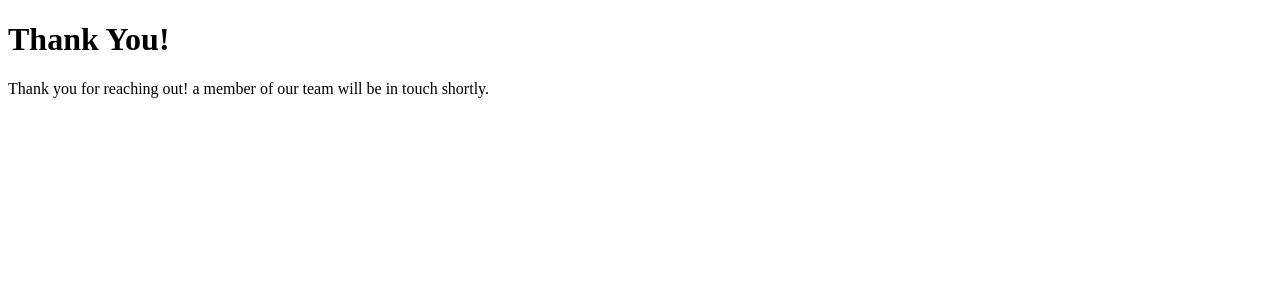
Repository: LaDawson/Push-Gym
Page: Submitform.html
The author's editor kept a record of every edit. The page is drawn from the files as they stood at one moment, then again after the next edit.
The browser window is 1280 px wide. The pictures show the whole page.
Some web fonts or font styles are not loaded; a fallback is used. Some web libraries are served in a nearby version.

Above is the page before.

### Submitform.html
<!DOCTYPE html>
<html lang="en">
<head>
    <meta charset="UTF-8">
    <meta name="viewport" content="width=device-width, initial-scale=1.0">
    <meta http-equiv="X-UA-Compatible" content="ie=edge">
    <title>Thanks For Your Feedback!</title>
</head>
<body>
    <div class="textbox">
        <h1 class="tbheader">Thank You!</h1>
        <p class="tbp">Thank you for reaching out! a member of our team will be in touch shortly.</p>
    </div>
</body>
</html>

### style.css
@import url('https://fonts.googleapis.com/css?family=Anton|Patua+One|Varela+Round&display=swap');


/* ------------------------NAV BAR-------------------------- */

.navDefault {
    top: 0;
    right: 0;
    position: fixed;
    background-color: transparent;
    z-index: 1;
    padding: 15px;
}

.price-container {
    border: 2px solid white;
}

.price {
    left: 0;
    position: absolute;
    z-index: 1;
    font-size: 4vw;
    margin: 2% 2%;
    font-family: "Anton", sans-serif;
    letter-spacing: 1px;
    color: white;
    background-color: rgba(0, 0, 0, 0.8);
}

.dropdownItem {
    padding-left: 2px;
    margin: 0;
}

button {
    border: none;
    background-color: transparent;
    width: 100px;
    height: 50px;
    color: #fff;
    text-transform: uppercase;
    transition: color .2s ease-in-out;
}

.dropdownMenu {
    list-style: none;
    margin: 0;
    position: absolute;
    padding: 0;
    top: 50px;
    width: 100px;
    z-index: -1;
    text-align: center;
    transition: background-color .2s ease-in-out, transform .2s ease-in-out, border .2s ease-in-out;
    transform: translateX(150%);
}

.dropdownLink {
    text-decoration: none;
    display: block;
    background-color: transparent;
    padding: 2px 2px;
    color: white;
    transition: color .2s ease-in-out;
    font-family: "Patua One", sans-serif;
    font-size: 15px;
    letter-spacing: 2px
}

.dropdown:hover .dropdownLink {
    text-decoration: none;
}


.dropdown:hover .dropdownMenu {
    transform: translateX(0);
    background-color: black;
    border: 2px solid orange;
}

.dropdown {
    width: 100px;
    position: relative;
}

.dropdown:hover button {
    color: orange;
}

.dropdownLink:hover {
    color: #4a4a4f;
}



/* ------------------------------Jumbotron--------------------------- */

.callout-container {
    height: 100vh;

    background: url("https://cdn.pixabay.com/photo/2017/01/09/11/30/dumbbell-1966247_1280.jpg") no-repeat bottom right fixed;
    background-size: cover;

    display: flex;
    align-items: center;
    justify-content: center;

    position: relative;

}

.jumbotron {
    background-color: transparent;
}

.jumbotron-header {
    color: white;
    font-weight: bold;
    margin-bottom: 10px;
    text-transform: uppercase;
    font-size: 100px;

}

.opaque-overlay {
    position: absolute;
    top: 0;
    left: 0;
    height: 100%;
    width: 100%;
    background-color: rgba(0, 0, 0, 0.7);
}

.divider-orange {
    background-color: orange;
    height: 1px;
    width: 200px;
}

.statement {
    color: #4a4a4f;
    text-transform: uppercase;
    margin-top: 10px;
}

.sign-up-button {
    background-color: orange;
    border: none;
    height: 45px;
    width: 100px;
    border-radius: 5%;
    margin-top: 10px;
    z-index: 1;
    color: black;
    font-family: "Patua One", sans-serif;
    letter-spacing: 1px;
}


/* -------------------------------------CARDS PAGE 2-------------------------------- */

.card {
    width: 39.5%;
    margin-left: 7%;
    margin-top: 5%;
    border: none;
    background-color: #4a4a4f;
    display: inline-block;
    position: relative;
    margin-bottom: 10%;
}

@media (max-width: 1000px) {
    .card {
        width: 80%;
        float: none;
        margin-left: 10%;
    }
}



.cardtext {
    text-align: center;
    text-decoration: none;
    padding: 20% 3%;
    font-size: 2vw;
    font-family: "Anton", sans-serif;
    color: transparent;
    position: absolute;
}

@media (max-width: 1000px) {
    .cardtext {
        font-size: 4vw;
    }
}

.cardimagetitle {
    text-align: center;
    text-decoration: none;
    position: absolute;
    padding-top: 5%;
    right: 5%;
    font-size: 4vw;
    font-family: "Anton", sans-serif;
    color: #4a4a4f;
}

.cardimage {
    width: 100%;
    border: 3px solid orange;
    box-shadow: 10px 13px;
    background-color: #4a4a4f;
}

.cardimage2 {
    width: 100%;
    border: 3px solid orange;
    box-shadow: 10px 13px;
    background-color: #4a4a4f;
}

.page2 {
    background-color: #4a4a4f;
    display: block;
}

.listitemlink2 {
    padding: 0;
    font-family: "Patua One", sans-serif;
    letter-spacing: 2px;
    font-size: 30px;
    color: black;
    text-decoration: none;
    display: inline;
    transition: color .2s ease-in-out, font-size .2s ease-in-out;
}

.listitemlink2:hover {
    text-decoration: none;
    color: orange;
}

.pagedivider {
    background-color: black;
    height: 1%;
    width: 100%;
    margin: 0;
    padding: 0;
}

.divider-page {
    margin: 0;
    padding: 0;
    height: 10px;
    width: 100%;
    background-color: black;
}

.page2title {
    color: white;
    font-weight: bold;
    padding-top: 20px;
    text-transform: uppercase;
    font-size: 100px;
    text-align: center;

}

.divider-black {
    background-color: black;
    height: 1px;
    width: 150px;
}


.card:hover .opaque-overlay2 {
    z-index: 1;
}

.card:hover .cardimagetitle {
    color: transparent;
}

.card:hover .cardtext {
    color: orange;
    z-index: 2;
}


.opaque-overlay2 {
    position: absolute;
    top: 0;
    left: 0;
    height: 100%;
    width: 100%;
    background-color: rgba(0, 0, 0, 0.8);
    z-index: -1;
}

.opaque-overlay3 {
    position: absolute;
    top: 0;
    left: 0;
    height: 100%;
    width: 100%;
    background-color: rgba(0, 0, 0, 0.8);
    z-index: -1;
}

.card:hover .opaque-overlay3 {
    z-index: 1;
}

.card:hover .cardimagetitle {
    color: transparent;
}

.card:hover .cardtext {
    color: orange;
    z-index: 2;
}

.PT {
    margin: 30px auto;
    margin-bottom: 100px;
    width: 40%;
    text-align: center;
    padding: 0;
    bottom: 10px;
    text-transform: uppercase;
    font-family: "Anton", sans-serif;
    letter-spacing: 1px;
    border: 4px solid black;
    background-color: rgb(255, 165, 0);
    box-shadow: 7px 10px;
}

.PTtext {
    font-size: 4vw;
    color: black;
    margin: 0;
    padding: 0;
}





/* PAGE 3 */

.page3 {
    background: url("https://cdn.pixabay.com/photo/2016/11/19/12/43/barbell-1839087_1280.jpg") no-repeat bottom right fixed;
    background-size: cover;
    display: block;
    width: 100%;
    position: relative;
    padding: 0;
    margin: 0;
}

.pagedivider3 {
    background-color: orange;
    height: 1%;
    width: 100%;
    margin: 0;
    padding: 0;
}

.divider-page3 {
    margin: 0;
    padding: 0;
    height: 10px;
    width: 100%;
    background-color: black;
}



.page3title {
    color: white;
    padding-top: 20px;
    text-transform: uppercase;
    font-size: 48px;
    text-align: center;
    letter-spacing: 1px;
}

.quotesdivider {
    background-color: orange;
    height: 1px;
    width: 150px;
    margin-bottom: 50px;
}


.quotecontainer {
    width: 40%;
    margin: 30px auto;
    background-color: rgba(0, 0, 0, 0.7);
    border: 3px solid orange;
}

.quotecontainer2 {
    width: 40%;
    margin-bottom: 30px;
    margin-top: 30px;
    margin-left: auto;
    margin-right: auto;
    background-color: rgba(0, 0, 0, 0.7);
    border: 3px solid orange;
}

.quotecontainer3 {
    width: 40%;
    margin-bottom: 100px;
    margin-top: 30px;
    margin-left: auto;
    margin-right: auto;
    background-color: rgba(0, 0, 0, 0.7);
    border: 3px solid orange;
}

@media (min-width: 990px) and (max-width: 1200px) {
    .quotecontainer2 {
        margin-bottom: 100px
    }
}


.quotetext {
    text-align: left;
    font-family: "Patua One", sans-serif;
    color: white;
    font-size: 26px;
    margin: 5px;
}

.quotetext2 {
    text-align: left;
    font-family: "Patua One", sans-serif;
    color: orange;
    font-size: 26px;
    margin: 5px 5px;
}


@media (max-width: 400px) {
    .quotetext {
        font-size: 18px;
    }

    .quotetext2 {
        font-size: 18px;
    }
}









/* ------------FORM -------------- */

.page4 {
    background-color: black;
    display: block;
}

.heading {
    color: white;
    padding-top: 30px;
    text-transform: uppercase;
    font-size: 48px;
    text-align: center;
    letter-spacing: 1px;
}

.pagedivider4 {
    height: 1%;
    width: 100%;
    margin: 0;
    padding: 0;
}

.divider-page4 {
    margin: 0;
    padding: 0;
    height: 10px;
    width: 100%;
    background-color: #4a4a4f;
}

.contactform {
    text-align: center;
    margin-top: 80px;
    padding-bottom: 100px;
    outline: none;
    font-family: "Patua One",sans-serif;
    color: white;
}

@media (max-width: 1000px) {
    .contactform {
        width: 80%;
}



input {
    outline: none;
    border: none;
}

textarea {
    outline: none;
    border:none;
}

.contactbars {
    width: 50%;
    margin: 0 auto;
    border-radius: 4px;
    border: 3px solid orange;
    background-color: black;
}

.contactbars::placeholder {
    font-family: "Patua One", sans-serif;
    color: white;
}


.submitbutton {
    background-color: black;
    border: none;
    height: 45px;
    width: 100px;
    border-radius: 4px;
    margin-top: 10px;
    z-index: 1;
    color: white;
    font-family: "Patua One", sans-serif;
    letter-spacing: 1px;
    border: 3px solid orange;
    transition: border .2s ease-in-out, font-size .2s ease-in-out;
}

.submitbutton:hover {
    border: 5px solid orange;
    font-size: 18px
}

/*-----------------------------PAGE 5---------------------*/

.page5 {
    background-color: black;
    height: 100vh;
}
.pages5 {
    background-color: black;
}
.textbox {
    text-align: center;
    width: 50%;
    margin: 100px auto;
    background-color: black;
}

.tbp {
    font-family: "Anton",sans-serif;
    color: #4a4a4f;
    font-size: 4vw;
    margin-top: 60px;
    margin-bottom: 0;
    padding: 0;
    color: orange;
}
.tbp2 {
    font-family: "Anton",sans-serif;
    color: #4a4a4f;
    font-size: 4vw;
    margin: 0;
    padding: 0;
    color: orange;
}

.tbheader {
     font-family: "Anton",sans-serif;
    color: white;
    font-size: 8vw;
    margin-bottom: 40px;
}

.divider-page5 {
    margin: 0 auto;
    padding: 0;
    height: 10px;
    width: 50%;
    background-color: #4a4a4f;

}

.dropdownLink2 {
    text-decoration: none;
    display: block;
    background-color: transparent;
    padding: 2px 2px;
    color: white;
    transition: color .2s ease-in-out;
    font-family: "Patua One", sans-serif;
    font-size: 30px;
    letter-spacing: 2px;
    margin-top: 20px;
}

.dropdownLink2:hover {
    color: #4a4a4f;
    text-decoration: none;
}

After the next edit:
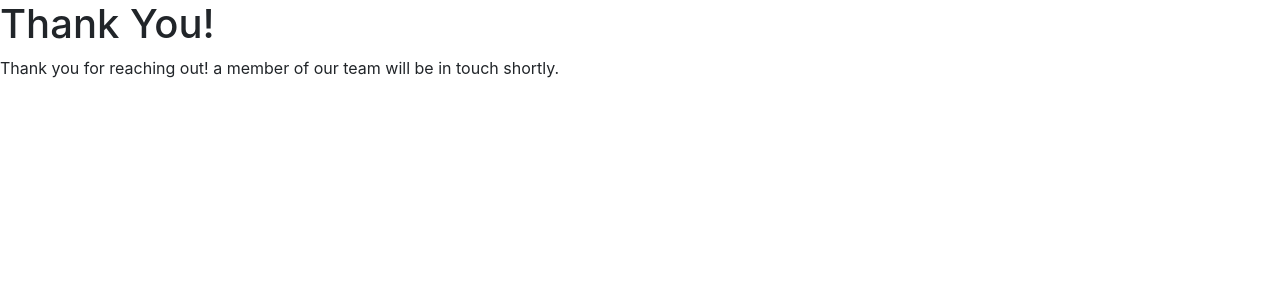
The edit:
--- a/Submitform.html
+++ b/Submitform.html
@@ -1,9 +1,15 @@
 <!DOCTYPE html>
 <html lang="en">
-<head>
-    <meta charset="UTF-8">
+    <head>
+ <meta charset="UTF-8">
     <meta name="viewport" content="width=device-width, initial-scale=1.0">
     <meta http-equiv="X-UA-Compatible" content="ie=edge">
+    <link rel="stylesheet" href="https://stackpath.bootstrapcdn.com/bootstrap/4.3.1/css/bootstrap.min.css" type="text/css" />
+    <link rel="stylesheet" href="https://stackpath.bootstrapcdn.com/bootstrap/4.3.1/js/bootstrap.min.js" type="text/css" />
+    <link rel="stylesheet" href="https://stackpath.bootstrapcdn.com/font-awesome/4.7.0/css/font-awesome.min.css" type="text/css" />
+    <script src="https://kit.fontawesome.com/258220ded5.js"></script>
+    <link rel="stylesheet" href="style.css" type="text/css" />
+
     <title>Thanks For Your Feedback!</title>
 </head>
 <body>
